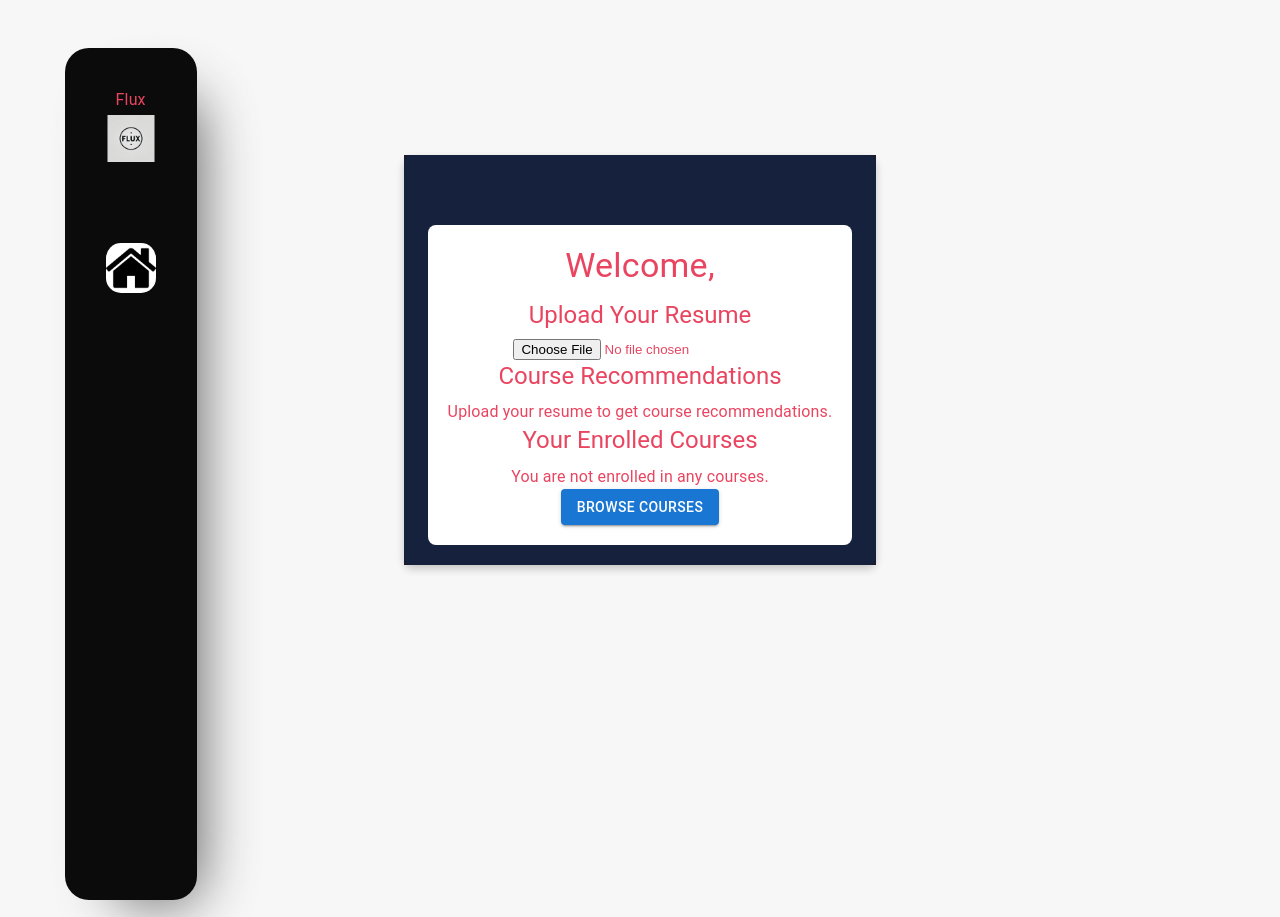
Repository: jvt2/OnlineCourseApp
Page: /dashboard
These files come from the project's save history. The page is drawn as it stood at one moment and after the next save; the edit follows.
The browser window is 1280 px wide. The pictures show the whole page.
The page's requests for data from a server got no answer. The project was rebuilt for these pictures with package versions that can differ from the ones it lists, and the page was loaded fresh each time. No one was signed in, and anything a server would have sent is missing. Also part of the build but not shown: src/features/auth/Register.js, src/features/auth/Login.js, src/features/courses/ResumeUpload.js, src/features/courses/CourseRecommendations.js, src/components/common/MyModal.js, src/features/courses/CourseCatalog.js, src/features/courses/CourseDetail.js, src/components/common/Navbar.js and 3 more. Imported but missing from the stored project, and not drawn on this page: src/app/reportWebVitals.

Above is the page before, as saved 2024-07-14 22:19:43.

After the next save:
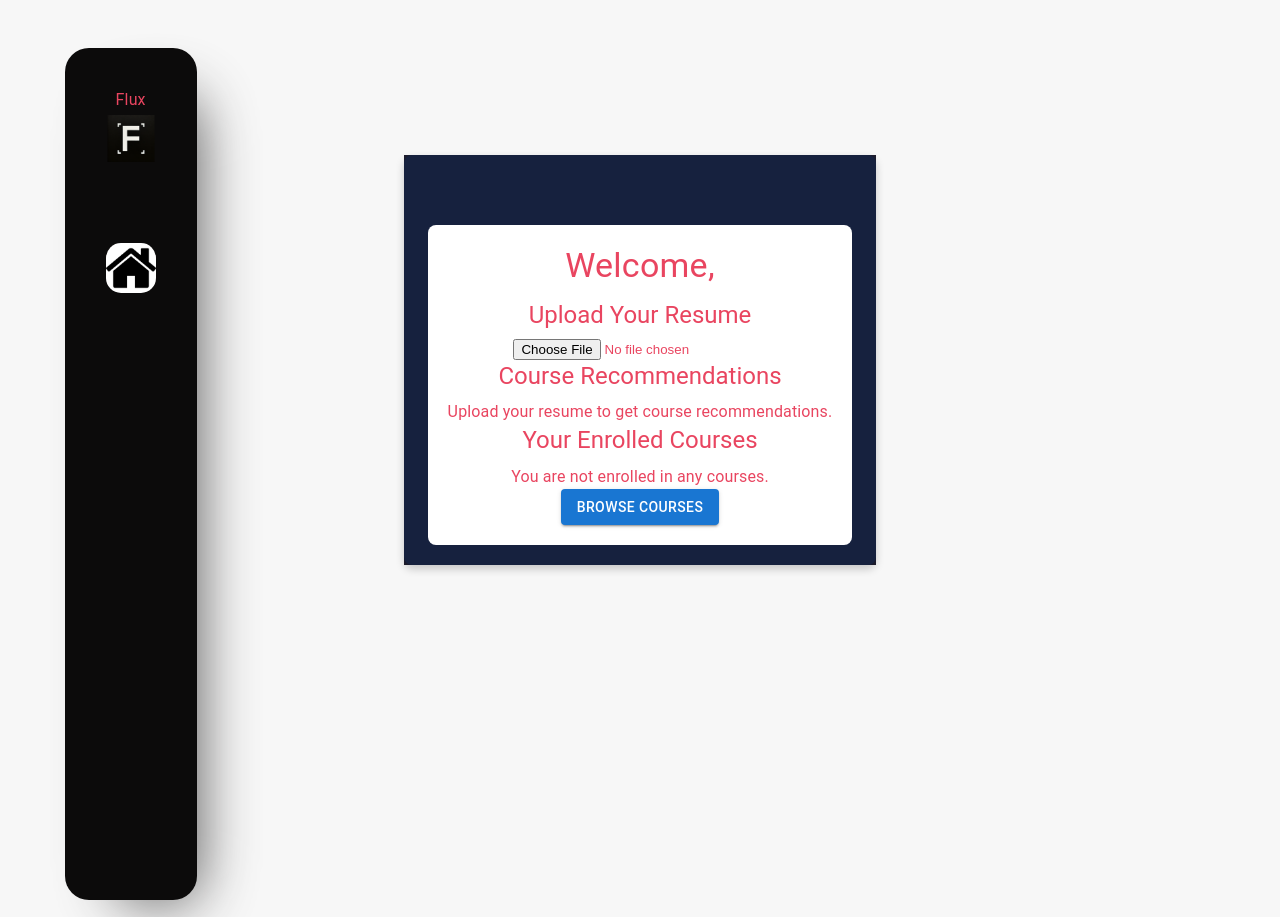
Saved 10 h 32 min later.
--- a/src/features/dashboard/Dashboard.css
+++ b/src/features/dashboard/Dashboard.css
@@ -56,7 +56,7 @@
     font-weight: 400;
     font-size: 64px;
     line-height: 102px;
-    background-image: url('/public/assets/flux_1.png');
+    background-image: url('/public/assets/F_icon.png');
     background-size: contain;
     background-position: center;
     background-repeat: no-repeat;
